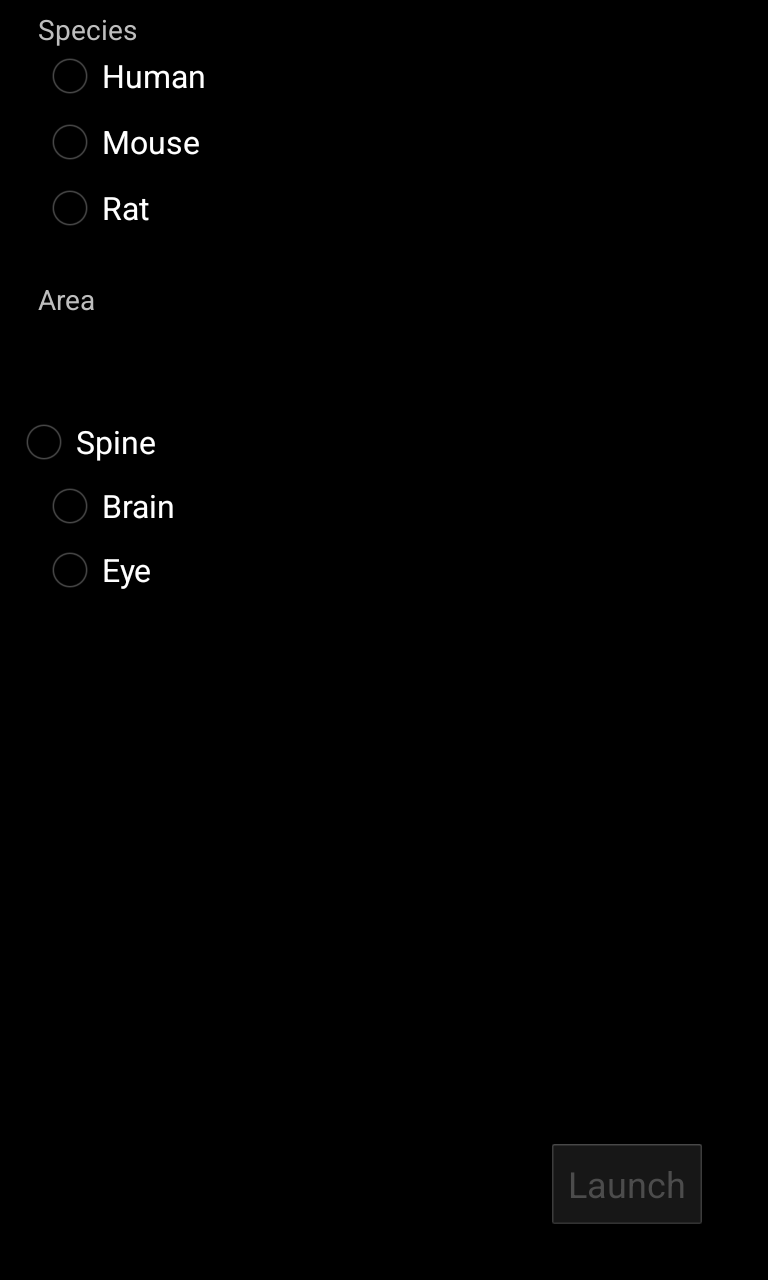
Repository: Ekarg/CSCE315Project3
Layout: Project3/res/layout/activity_main.xml
The author's editor kept a copy of each file at every save. The layout is drawn from the files as they stood at one save, then again after the next save.
It is drawn on a 768 x 1280 px phone screen (xhdpi) without system bars, with theme android:Theme.Holo; the app's code is not run.

Above is the layout before, as saved 2013-11-27 20:16:40.

### Project3/res/layout/activity_main.xml
<RelativeLayout xmlns:android="http://schemas.android.com/apk/res/android"
    xmlns:tools="http://schemas.android.com/tools"
    android:layout_width="match_parent"
    android:layout_height="match_parent"
    android:paddingBottom="5dp"
    android:paddingLeft="5dp"
    android:paddingRight="5dp"
    android:paddingTop="5dp"
    tools:context=".MainActivity" >

    <Button
        android:id="@+id/button1"
        android:layout_width="wrap_content"
        android:layout_height="wrap_content"
        android:layout_alignParentBottom="true"
        android:layout_alignParentRight="true"
        android:layout_marginBottom="19dp"
        android:layout_marginRight="24dp"
        android:enabled = "false"
		android:onClick="launch"
        android:text="@string/Button" />

    <TextView
        android:id="@+id/textView1"
        android:layout_width="wrap_content"
        android:layout_height="wrap_content"
        android:layout_marginLeft="14dp"
        android:layout_alignParentTop="true"
        android:text="@string/species" />

   <RadioGroup
        android:id="@+id/radioGroup1"
        android:layout_width="fill_parent"
        android:layout_height="wrap_content"
        android:layout_alignParentTop="true"
        android:layout_centerHorizontal="true"
        android:orientation="vertical" >

        <RadioButton
            android:id="@+id/radioButton1"
            android:layout_width="wrap_content"
            android:layout_height="wrap_content"
            android:layout_marginLeft="14dp"
            android:checked = "false"
            android:layout_marginTop="17dp"
            android:text="@string/human"
            android:onClick="onRadioButtonClicked"/>

        <RadioButton
            android:id="@+id/radioButton2"
            android:layout_width="wrap_content"
            android:layout_height="wrap_content"
            android:layout_marginLeft="14dp"
            android:checked = "false"
            android:layout_marginTop="1dp"
            android:text="@string/mouse"
            android:onClick="onRadioButtonClicked"/>

        <RadioButton
            android:id="@+id/radioButton3"
            android:layout_width="wrap_content"
            android:layout_height="wrap_content"
            android:layout_marginLeft="14dp"
            android:checked = "false"
            android:layout_marginTop="1dp"
            android:text="@string/rat"
            android:onClick="onRadioButtonClicked"/>
    </RadioGroup>

    <TextView
        android:id="@+id/textView2"
        android:layout_width="wrap_content"
        android:layout_height="wrap_content"
        android:layout_alignLeft="@+id/textView1"
        android:layout_below="@+id/radioGroup1"
        android:layout_marginTop="20dp"
        android:text="@string/area"
        android:onClick="onRadioButtonClicked" />

     <RadioGroup
        android:id="@+id/radioGroup2"
        android:layout_width="fill_parent"
        android:layout_height="wrap_content"
        android:layout_alignParentTop="true"
        android:layout_centerHorizontal="true"
        android:orientation="vertical" >

	    <RadioButton
	        android:id="@+id/radioButton4"
	        android:layout_width="wrap_content"
            android:layout_height="wrap_content"
            android:layout_marginLeft="1dp"
            android:checked = "false"
            android:layout_marginTop="200dp"
	        android:onClick="onRadioButtonClicked"
	        android:text="@string/spine" />

	    <RadioButton
	        android:id="@+id/radioButton5"
	        android:layout_width="wrap_content"
	        android:layout_height="wrap_content"
	        android:layout_marginLeft="14dp"

	        android:checked="false"
	        android:onClick="onRadioButtonClicked"
	        android:text="@string/brain" />

	     <RadioButton
         android:id="@+id/radioButton6"
         android:layout_width="wrap_content"
         android:layout_height="wrap_content"
         android:checked = "false"
         android:layout_marginLeft="14dp"

         android:text="@string/eye"
         android:onClick="onRadioButtonClicked" />
	</RadioGroup>



</RelativeLayout>

### Project3/res/values/strings.xml
<?xml version="1.0" encoding="utf-8"?>
<resources>

    <string name="app_name">Show Me the.... Neuron!</string>
    <string name="action_settings">Settings</string>
    <string name="hello_world">Hello world!</string>
    <string name="Button">Launch</string>
    <string name="title_activity_second">Neuron Display</string>
    <string name="species">Species</string>
    <string name="human">Human</string>
    <string name="mouse">Mouse</string>
    <string name="rat">Rat</string>
    <string name="area">Area</string>
    <string name="eye">Eye</string>
    <string name="brain">Brain</string>
    <string name="spine">Spine</string>


</resources>

After the next save:
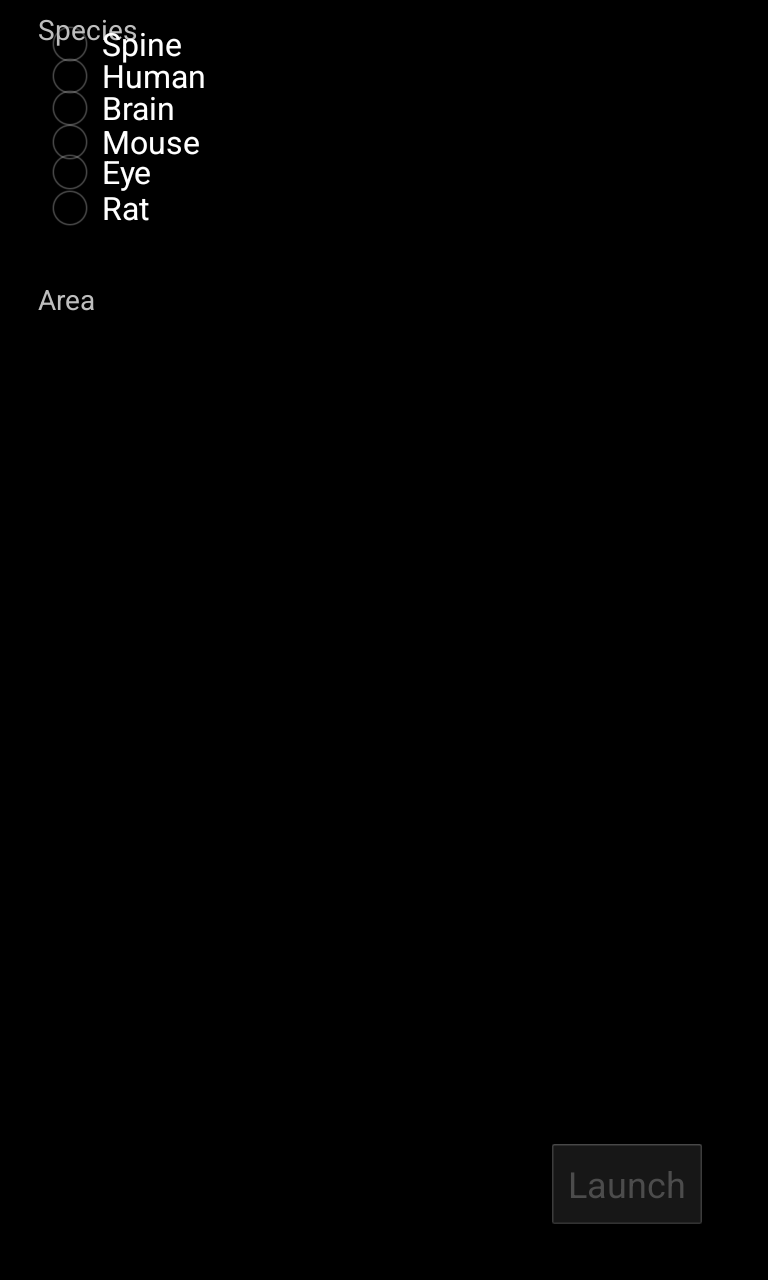
Saved 26 s later.
--- a/Project3/res/layout/activity_main.xml
+++ b/Project3/res/layout/activity_main.xml
@@ -89,9 +89,9 @@
 	        android:id="@+id/radioButton4"
 	        android:layout_width="wrap_content"
             android:layout_height="wrap_content"
-            android:layout_marginLeft="1dp"
+            android:layout_marginLeft="14dp"
             android:checked = "false"
-            android:layout_marginTop="200dp"
+            android:layout_marginTop="1dp"
 	        android:onClick="onRadioButtonClicked"
 	        android:text="@string/spine" />
 
